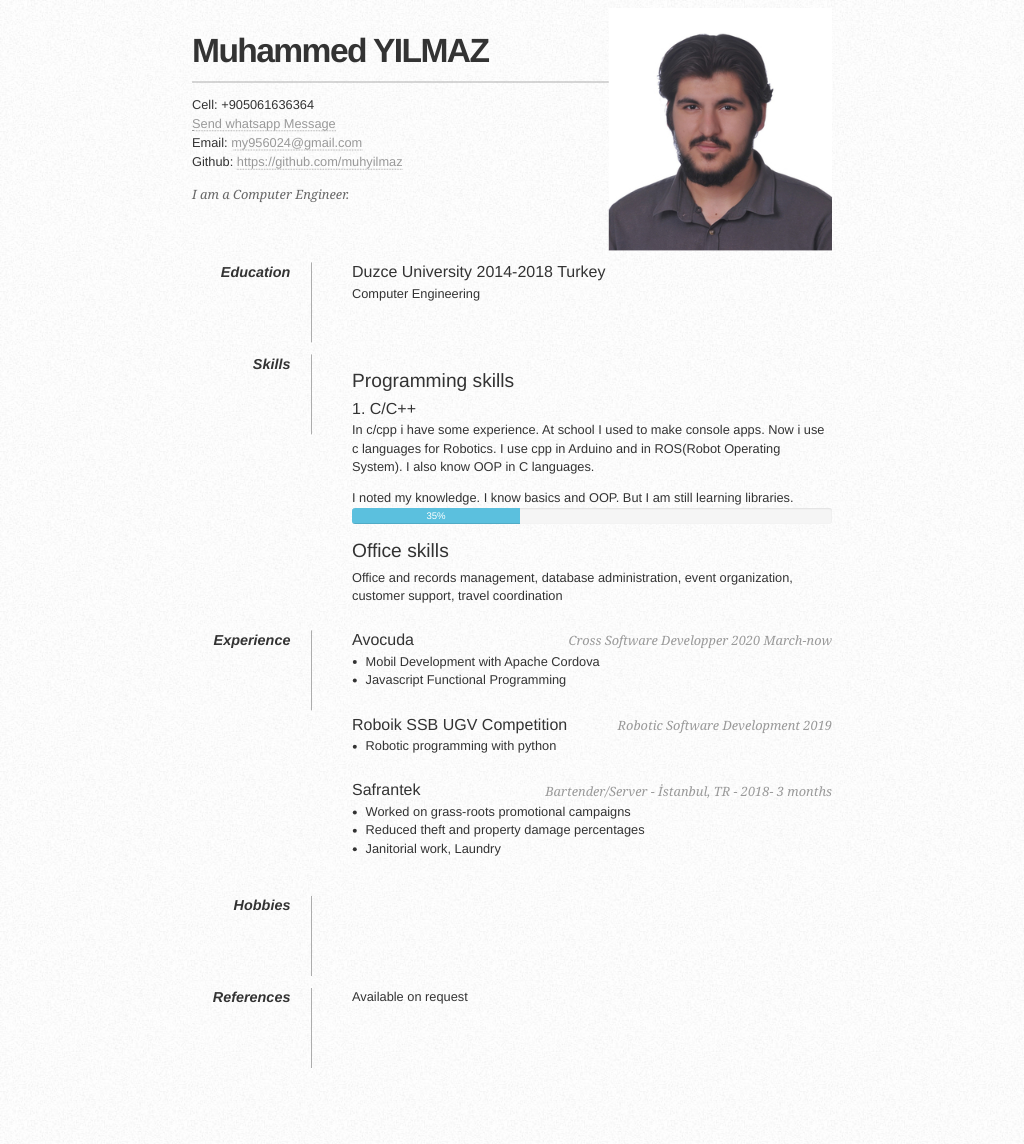
Repository: muhyilmaz/muhyilmaz.github.io
Page: index.html
These files come from the project's save history. The page is drawn as it stood at one moment and after the next save; the edit follows.
The browser window is 1280 px wide. The pictures show the whole page, at 80% of full size.

Above is the page before, as saved 2020-06-08 18:34:01.

### index.html
<!DOCTYPE html PUBLIC "-//W3C//DTD XHTML 1.0 Strict//EN"
"http://www.w3.org/TR/xhtml1/DTD/xhtml1-strict.dtd">

<html xmlns="http://www.w3.org/1999/xhtml" xml:lang="en" lang="en">

<head>

     <meta http-equiv="Content-Type" content="text/html; charset=utf-8"/>
     <meta name="viewport" content="width=device-width, initial-scale=1">
     <link rel="stylesheet" href="https://maxcdn.bootstrapcdn.com/bootstrap/3.4.1/css/bootstrap.min.css">
     <script src="https://ajax.googleapis.com/ajax/libs/jquery/3.5.1/jquery.min.js"></script>
     <script src="https://maxcdn.bootstrapcdn.com/bootstrap/3.4.1/js/bootstrap.min.js"></script>

     <title>MUHAMMED YILMAZ</title>

     <style type="text/css">
        * { margin: 0; padding: 0; }
        body { font: 16px Helvetica, Sans-Serif; line-height: 24px; background: url(images/noise.jpg); }
        .clear { clear: both; }
        #page-wrap { width: 800px; margin: 40px auto 60px; }
        #pic { float: right; margin: -30px 0 0 0; }
        h1 { margin: 0 0 16px 0; padding: 0 0 16px 0; font-size: 42px; font-weight: bold; letter-spacing: -2px; border-bottom: 1px solid #999; }
        h2 { font-size: 20px; margin: 0 0 6px 0; position: relative; }
        h2 span { position: absolute; bottom: 0; right: 0; font-style: italic; font-family: Georgia, Serif; font-size: 16px; color: #999; font-weight: normal; }
        p { margin: 0 0 16px 0; }
        a { color: #999; text-decoration: none; border-bottom: 1px dotted #999; }
        a:hover { border-bottom-style: solid; color: black; }
        ul { margin: 0 0 32px 17px; }
        #objective { width: 500px; float: left; }
        #objective p { font-family: Georgia, Serif; font-style: italic; color: #666; }
        dt { font-style: italic; font-weight: bold; font-size: 18px; text-align: right; padding: 0 26px 0 0; width: 150px; float: left; height: 100px; border-right: 1px solid #999;  }
        dd { width: 600px; float: right; }
        dd.clear { float: none; margin: 0; height: 15px; }
     </style>
</head>

<body>

    <div id="page-wrap">

        <img src="images/profileres.jpg" alt="Photo of Cthulu" id="pic" />

        <div id="contact-info" class="vcard">

            <!-- Microformats! -->

            <h1 class="fn">Muhammed YILMAZ</h1>

            <p>
                Cell: <span class="tel">+905061636364</span><br />
                <a href="https://api.whatsapp.com/send?phone=905061636364">Send whatsapp Message</a><br />
                Email: <a class="email" href="mailto:my956024@gmail.com">my956024@gmail.com</a><br />
                Github: <a href="https://github.com/muhyilmaz">https://github.com/muhyilmaz</a>
            </p>
        </div>

        <div id="objective">
            <p>
                I am a Computer Engineer.
            </p>
        </div>

        <div class="clear"></div>

        <dl>
            <dd class="clear"></dd>

            <dt>Education</dt>
            <dd>
                <h2>Duzce University 2014-2018 Turkey</h2>
                <p> Computer Engineering </br>

				</p>
            </dd>

            <dd class="clear"></dd>

            <dt>Skills</dt>
            <dd>
                <!---
				<h2>Office skills</h2>
                <p>Office and records management, database administration, event organization, customer support, travel coordination</p>

                <h2>Computer skills</h2>
                <p>Microsoft productivity software (Word, Excel, etc), Adobe Creative Suite, Windows</p>
				-->
				<h3>Programming skills</h3>
				<h2>1. C/C++</h2>
                <p>In c/cpp i have some experience. At school I used to make console apps. Now i use c languages for Robotics. I use cpp in Arduino and in ROS(Robot Operating System). I also know OOP in C languages. </p>
                I noted my knowledge. I know basics and OOP. But I am still learning libraries.
                <div class="progress">
                    <div class="progress-bar progress-bar-info" role="progressbar" aria-valuenow="60" aria-valuemin="0" aria-valuemax="100" style="width:35%">
                        35%
                    </div>
                  </div>

				<h3>Office skills</h3>
                <p>Office and records management, database administration, event organization, customer support, travel coordination</p>
			</dd>

            <dd class="clear"></dd>

            <dt>Experience</dt>
            <dd>
                <h2>Avocuda <span>Cross Software Developper 2020 March-now</span></h2>
                <ul>
                    <li> Mobil Development with Apache Cordova</li>
					<li> Javascript Functional Programming</li>

                </ul>
                <h2>Roboik SSB UGV Competition <span>Robotic Software Development 2019</span></h2>
                <ul>
                    <li>Robotic programming with python</li>

                </ul>
                <h2>Safrantek <span>Bartender/Server - İstanbul, TR - 2018- 3 months</span></h2>
                <ul>
                    <li>Worked on grass-roots promotional campaigns</li>
                    <li>Reduced theft and property damage percentages</li>
                    <li>Janitorial work, Laundry</li>
                </ul>
            </dd>

            <dd class="clear"></dd>

            <dt>Hobbies</dt>
            <dd></dd>

            <dd class="clear"></dd>

            <dt>References</dt>
            <dd>Available on request</dd>

            <dd class="clear"></dd>
        </dl>

        <div class="clear"></div>

    </div>

</body>

</html>

After the next save:
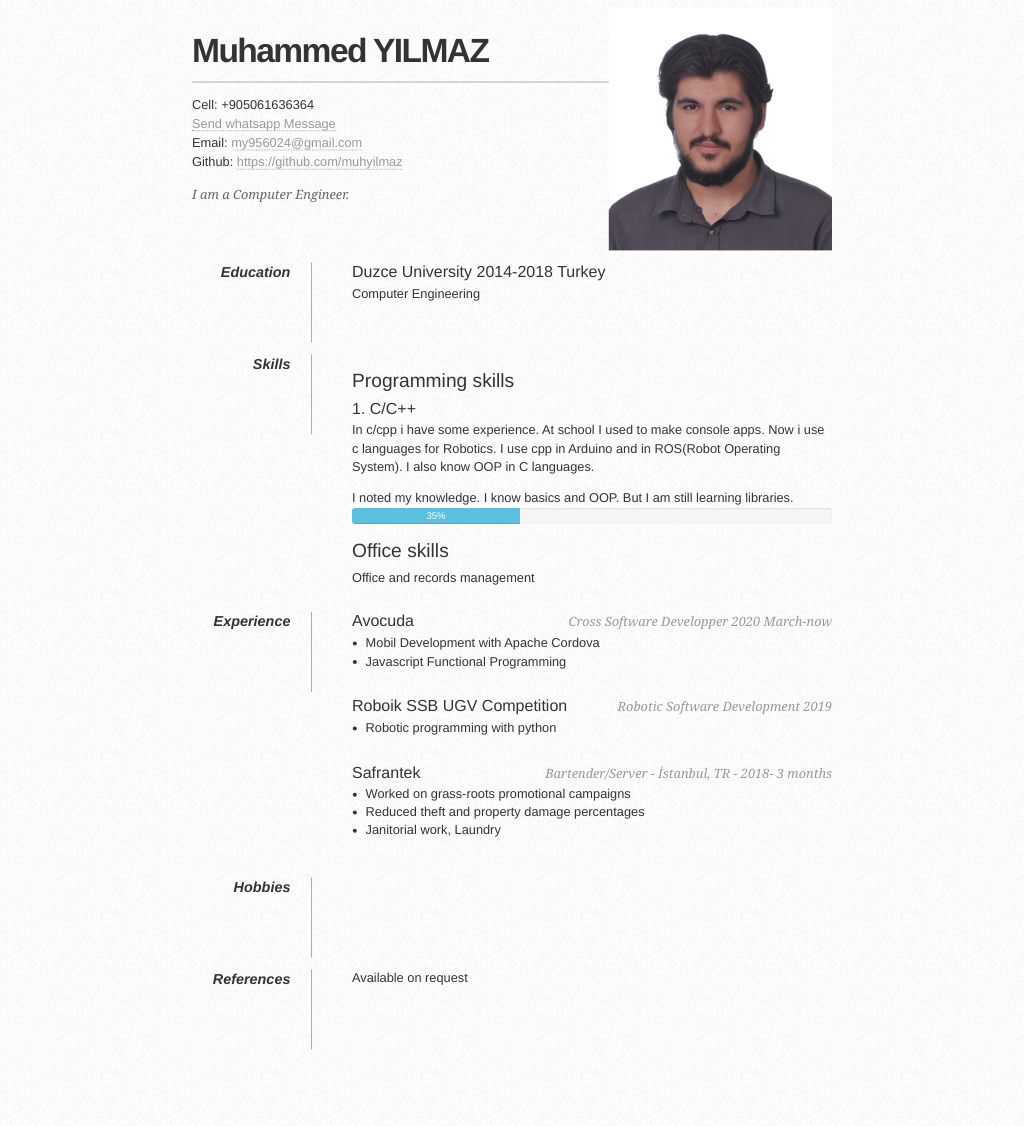
Saved 22 s later.
--- a/index.html
+++ b/index.html
@@ -93,9 +93,8 @@
                         35%
                     </div>
                   </div>
-
 				<h3>Office skills</h3>
-                <p>Office and records management, database administration, event organization, customer support, travel coordination</p>
+                <p>Office and records management</p>
 			</dd>
 
             <dd class="clear"></dd>
